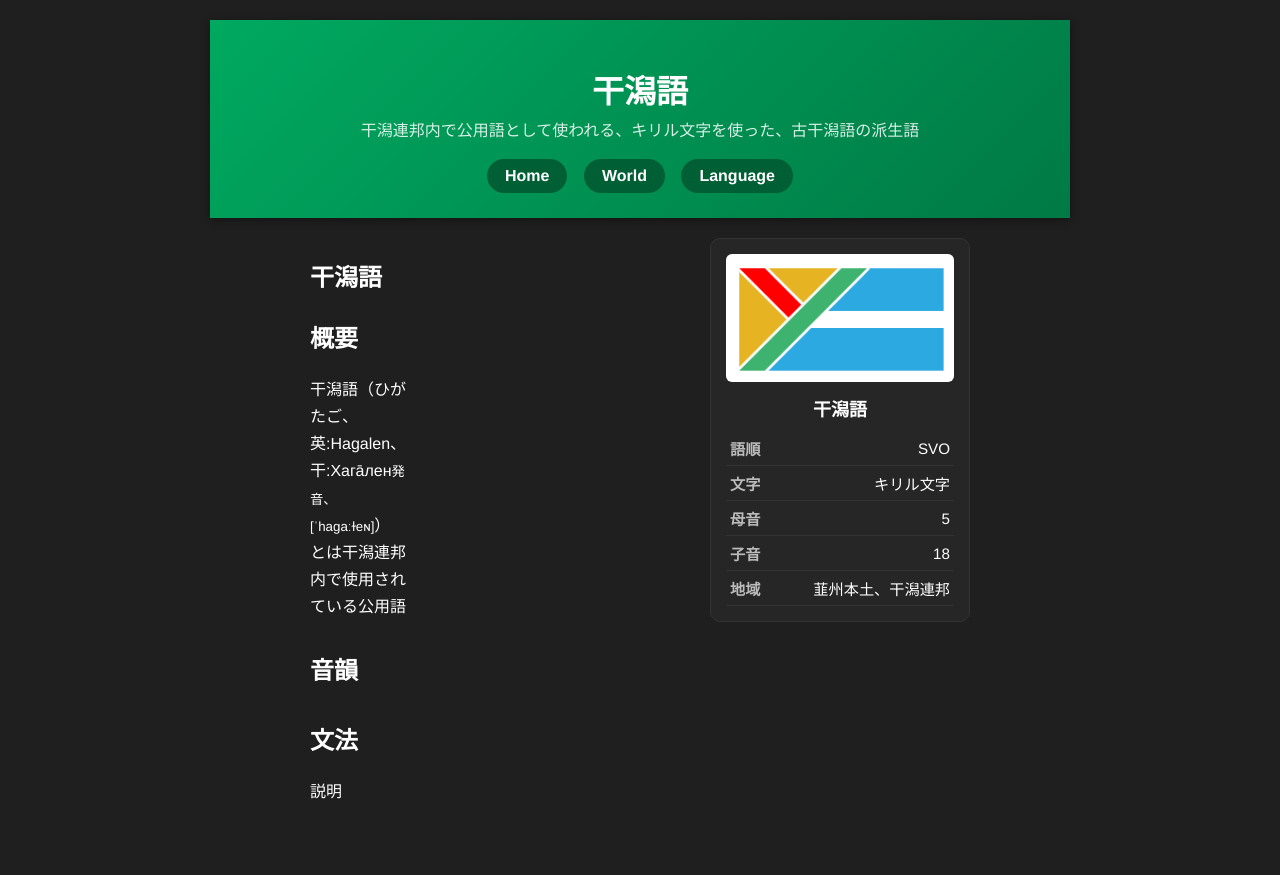
Repository: Player5270-antake/Player5270-antake.github.io
Page: language/hagalen/index.html
The author's editor kept a copy of each file at every save. The page is drawn from the files as they stood at one save, then again after the next save.
The browser window is 1280 px wide. The pictures show the whole page.

Above is the page before, as saved 2026-03-08 16:57:46.

### language/hagalen/index.html
<!DOCTYPE html>
<html lang="ja">
<head>
    <meta charset="UTF-8">
    <meta name="viewport" content="width=device-width, initial-scale=1.0">
    <title>干潟語 | あんたけのガレージセンター</title>
    <link rel="stylesheet" href="../../css/style.css">
</head>
<body>
    <div class="container">
        <header>
            <h1>干潟語</h1>
            <p>干潟連邦内で公用語として使われる、キリル文字を使った、古干潟語の派生語</p>
            <nav>
                <a href="../../">Home</a>
                <a href="../../world/">World</a>
                <a href="../">Language</a>
            </nav>
        </header>
        <main>
            <aside class="infobox">
                <img src="../../image/flag_hagalen.png" alt="言語旗">
                <h2>干潟語</h2>

                <table>

                <tr>
                <th>語順</th>
                <td>SVO</td>
                </tr>

                <tr>
                <th>文字</th>
                <td>キリル文字</td>
                </tr>

                <tr>
                <th>母音</th>
                <td>5</td>
                </tr>

                <tr>
                <th>子音</th>
                <td>18</td>
                </tr>

                <tr>
                <th>地域</th>
                <td>韮州本土、干潟連邦</td>
                </tr>

                </table>
            </aside>
            <div class="page-layout">

                <article class="article">
                <h1>干潟語</h1>

                <section id="overview">
                <h2>概要</h2>
                <p>干潟語（ひがたご、英:Hagalen、干:Хага̄лен<small>発音、[ˈhaɡaːɫeɴ]</small>）とは干潟連邦内で使用されている公用語</p>
                </section>

                <section id="phonology">
                <h2>音韻</h2>
                <p></p>
                </section>

                <section id="grammar">
                <h2>文法</h2>
                <p>説明</p>
                </section>

                </article>

                <button class="toc-toggle">☰</button>
                <details class="toc" open>
                <summary>目次</summary>
                <ul>
                <li><a href="#overview">概要</a></li>
                <li><a href="#phonology">音韻</a></li>
                <li><a href="#grammar">文法</a></li>
                </ul>
                </details>

                </div>
        </main>
    </div>
    <script src="../../javascript/script.js"></script>
</body>
</html>

### css/style.css
/*全体設定*/
*{
    box-sizing:border-box;
}

body{
    background-color:#1f1f1f;
    color: white;
    font-family:'Helvetica Neue','Helvetica','Arial',sans-serif;
    margin:0;
}

html{
    scroll-behavior:smooth;
}

.container{
    max-width:900px;
    margin:0 auto;
    padding:20px;
}

/*ヘッダー設定*/
header{
    background: linear-gradient(135deg,#00a960,#007a45);
    padding:25px;
    text-align:center;
    position:sticky;
    top:0;
    z-index:1000;
    background:linear-gradient(135deg,#00a960,#007a45);
    box-shadow:0 2px 8px rgba(0,0,0,0.4);
}

header h1{
    margin-bottom:5px;
    font-size:32px;
}

header p{
    margin-top:0;
    opacity:0.85;
}

/*ヘッダーUI設定*/
nav{
    margin-top:18px;
}

nav a{
    text-decoration:none;
    color:white;
    background-color:#005f34;
    padding:8px 18px;
    margin:0 6px;
    border-radius:20px;
    font-weight:bold;
    display:inline-block;
}

nav a:hover{
    background-color:#004d2b;
    transform:translateY(-2px);
}

/*本文設定*/
main{
    padding:20px;
    margin-top:20px;
    max-width:700px;
    margin:auto;
}

section{
    margin-bottom:30px;
}

h2{
    margin-bottom:10px;
}

/*本文お知らせ設定*/
.news-list{
    list-style:none;
    padding:0;
    margin-top:10px;
}

.news-list li{
    background:#2a2a2a;
    padding:12px 15px;
    border-radius:8px;
    margin-bottom:10px;
}

.timeline time{
    font-weight:bold;
    color:#00d07a;
    min-width:100px;
}

.timeline li:hover{
    background:#2a2a2a;
}


/*本文UI設定*/
.cards{
    display:grid;
    grid-template-columns:repeat(auto-fit,minmax(250px,1fr));
    gap:20px;
    margin-top:15px;
}

.card{
    display:block;
    background:#2a2a2a;
    padding:20px;
    border-radius:12px;
    text-decoration:none;
    color:aliceblue;
    transition: transform 0.2s, background 0.2s;
    text-align:center;
    height:100%;
}


.card h3{
    margin-top:0;
    margin-bottom:8px;
}

.card:hover{
    background:#333;
    transform:translateY(-3px);
    box-shadow:0 6px 18px rgba(0,0,0,0.4);
}

.card-icon{
    font-size:28px;
    margin-bottom:8px;
}

/*フッター設定*/
footer{
    margin-top:40px;
    padding:25px;
    text-align:center;
    background:#181818;
    border-top:1px solid #333;
}

/*フッターUI設定*/
.footer-nav{
    margin-top:10px;
}

.footer-nav a{
    text-decoration:none;
    color:#aaa;
    margin:0 10px;
}

.footer-nav a:hover{
    color:white;
}

/*ページ目次欄*/
.toc{
    position:fixed;
    top:70px;
    left:20px;
    background:#262626;
    border:1px solid #333;
    border-radius:10px;
    padding:15px;
    display:none;
}

.toc summary{
    font-size:18px;
    cursor:pointer;
    font-weight:bold;
}

.toc li{
    white-space:nowrap;
}

.toc ul{
    list-style:none;
    padding:0;
    margin:10px 0 0 0;
}

.toc a{
    display:block;
    padding:6px 8px;
    border-radius:6px;
    text-decoration:none;
    color:aliceblue;
}

.toc a.active{
    background:#333;
    color:#4da3ff;
    font-weight:bold;
}

.toc a:hover{
    background:#333;
}

.toc a:hover{
    background:#333;
}

.toc-toggle{

    position:fixed;
    top:20px;
    left:20px;

    width:40px;
    height:40px;

    background:#262626;
    border:1px solid #333;
    border-radius:8px;

    color:white;
    font-size:20px;

    cursor:pointer;

    display:none;

    z-index:1000;
}

.toc.open{
    display:block;
}

/*ページ設定*/
.page-layout{
    display:grid;
    grid-template-columns:1fr 250px;
    gap:40px;
}

.article{
    max-width:800px;
    line-height:1.7;
}

.infobox img{
    width:100%;
    border-radius:6px;
    margin-bottom:10px;
}

/*ページ補足情報*/
.infobox{
    float:right;
    width:260px;

    background:#262626;
    border:1px solid #333;
    border-radius:10px;

    padding:15px;
    margin:0 0 20px 20px;

    font-size:0.95em;
}

.infobox h2{
    margin-top:0;
    font-size:18px;
    text-align:center;
}

.infobox table{
    width:100%;
    border-collapse:collapse;
}

.infobox th,
.infobox td{
    padding:6px 4px;
    border-bottom:1px solid #333;
}

.infobox th{
    text-align:left;
    color:#bbb;
}

.infobox td{
    text-align:right;
}

/*スマホ向け*/
@media (max-width:900px){

    .page-layout{
        grid-template-columns:1fr;
    }

    .toc{
        position:static;
    }
}

@media (max-width:900px){

    .infobox{
        float:none;
        width:100%;
        margin:20px 0;
    }

    }

### javascript/script.js
const sections = document.querySelectorAll("section");
const links = document.querySelectorAll(".toc a");

const observer = new IntersectionObserver(entries => {

entries.forEach(entry => {

if(entry.isIntersecting){

links.forEach(link => {
link.classList.remove("active");
});

const id = entry.target.getAttribute("id");
const activeLink = document.querySelector(`.toc a[href="#${id}"]`);

if(activeLink){
activeLink.classList.add("active");
}

}

});

},{
rootMargin: "-40% 0px -55% 0px"
});

sections.forEach(section=>{
observer.observe(section);
});

const button = document.querySelector(".toc-toggle");
const toc = document.querySelector(".toc");

window.addEventListener("scroll", () => {

if(window.scrollY > 300){
button.style.display = "block";
}else{
button.style.display = "none";
}

});

button.addEventListener("click", () => {

toc.classList.toggle("open");

});

After the next save:
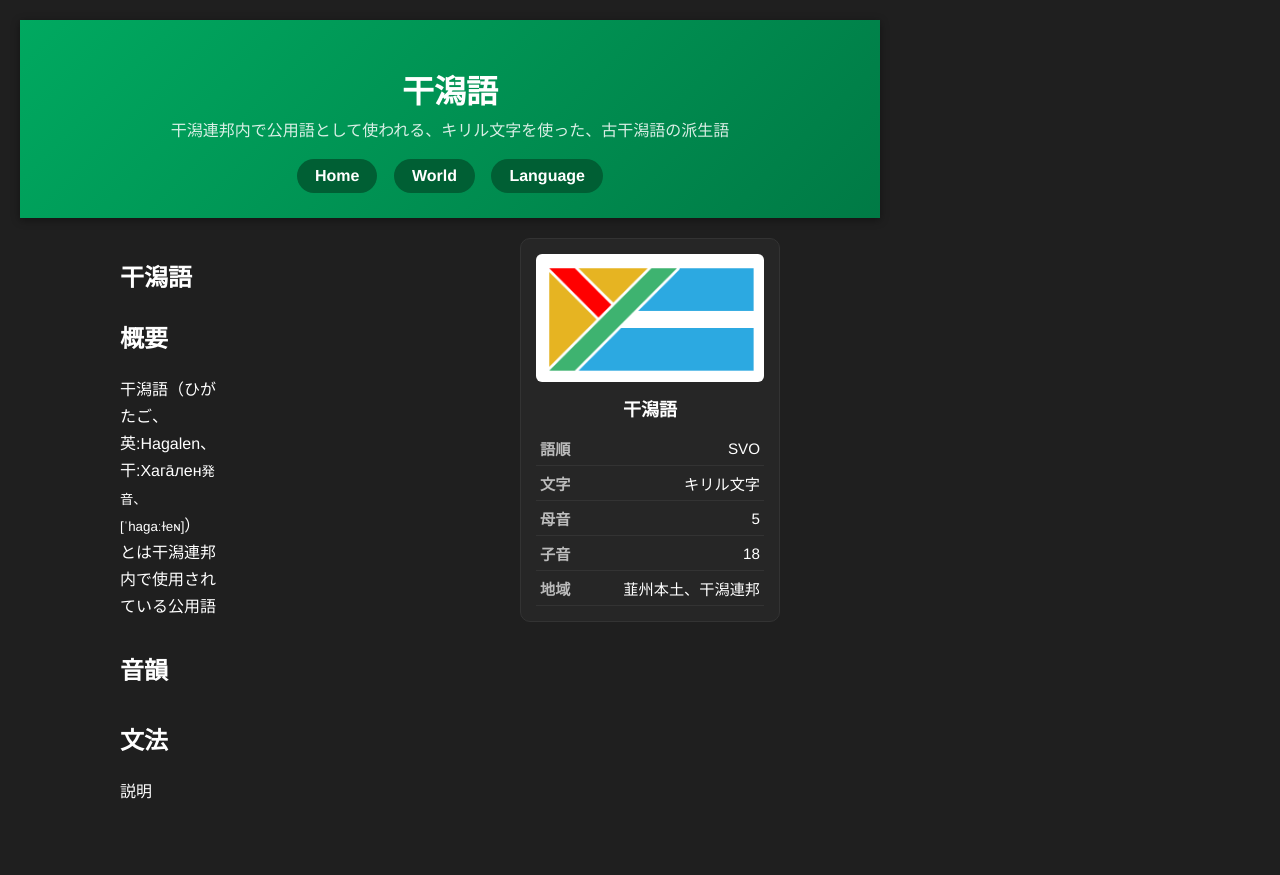
Saved 53 s later.
--- a/css/style.css
+++ b/css/style.css
@@ -16,7 +16,7 @@
 
 .container{
     max-width:900px;
-    margin:0 auto;
+    margin:0;
     padding:20px;
 }
 

After the save that followed:
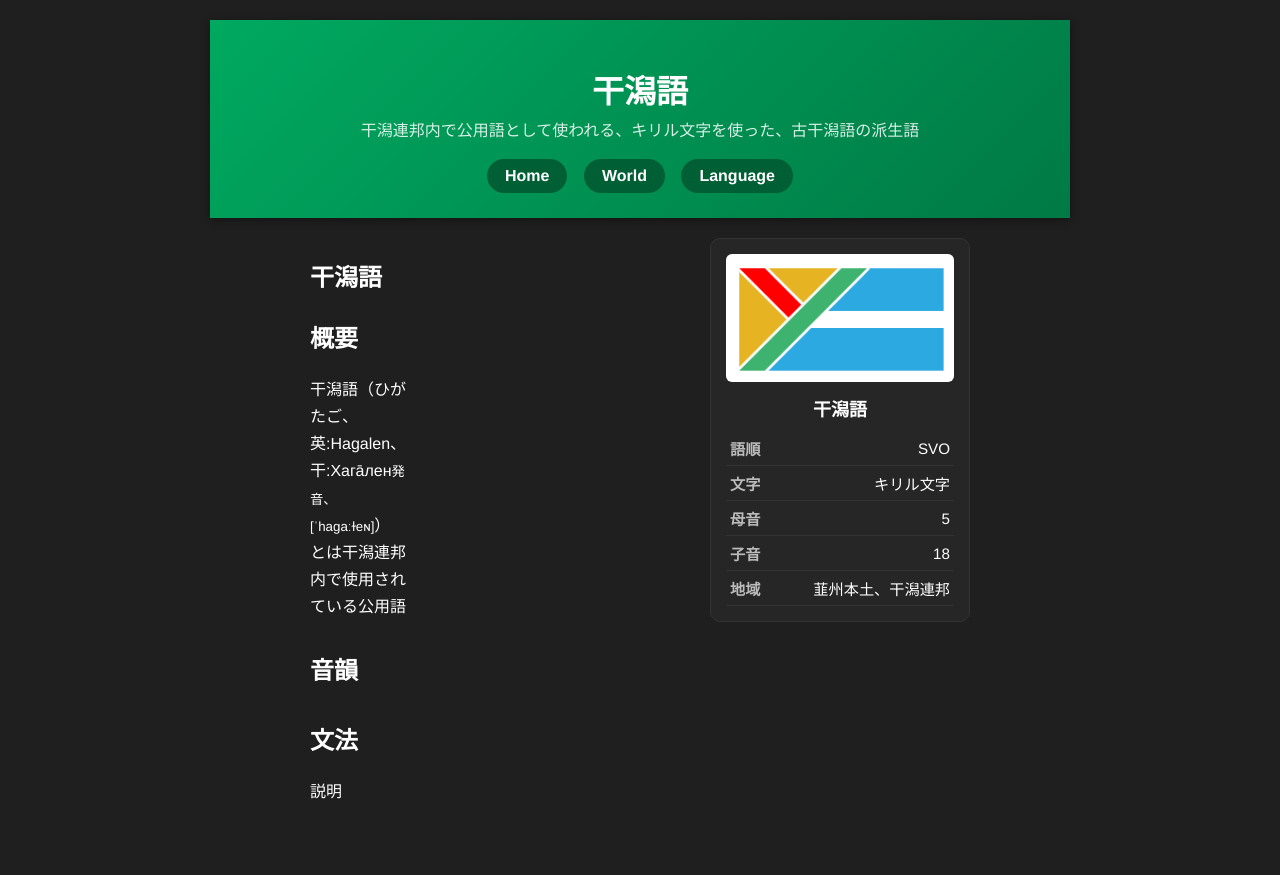
Saved 8 s later.
--- a/css/style.css
+++ b/css/style.css
@@ -16,7 +16,7 @@
 
 .container{
     max-width:900px;
-    margin:0;
+    margin:0 auto;
     padding:20px;
 }
 
